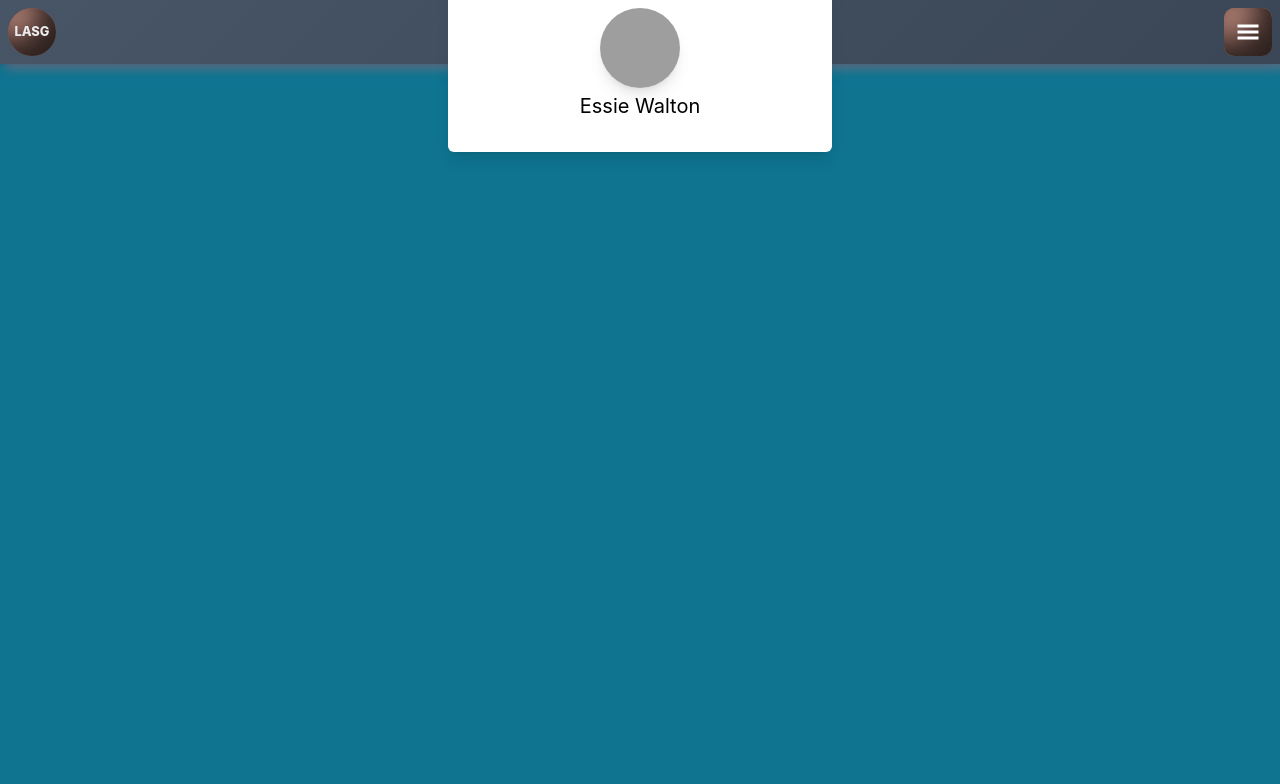
Repository: ShindanoSingi/LA-Swahili-Group
Page: /contact (app in client/)
An editor plug-in stored every save of this project. The page is shown before and after the next save, followed by the edit.
The browser window is 1280 px wide. The pictures show the whole page.
Pictures or frames that could not be fetched are drawn as grey boxes. The project was rebuilt for these pictures with package versions that can differ from the ones it lists, and the page was loaded fresh each time. Also part of the build but not shown: client/src/pages/error/Error.css, client/src/pages/error/Error.js, client/src/pages/home/Home.js, client/src/pages/about/About.js, client/src/pages/login/Login.js, client/src/pages/userDashBoard/UserDashBoard.js, client/src/pages/superUsersDashBoard/SuperUsersDashBoard.js, client/src/pages/register/Register.js and 2 more.

Above is the page before, as saved 2024-02-12 00:55:30.

After the next save:
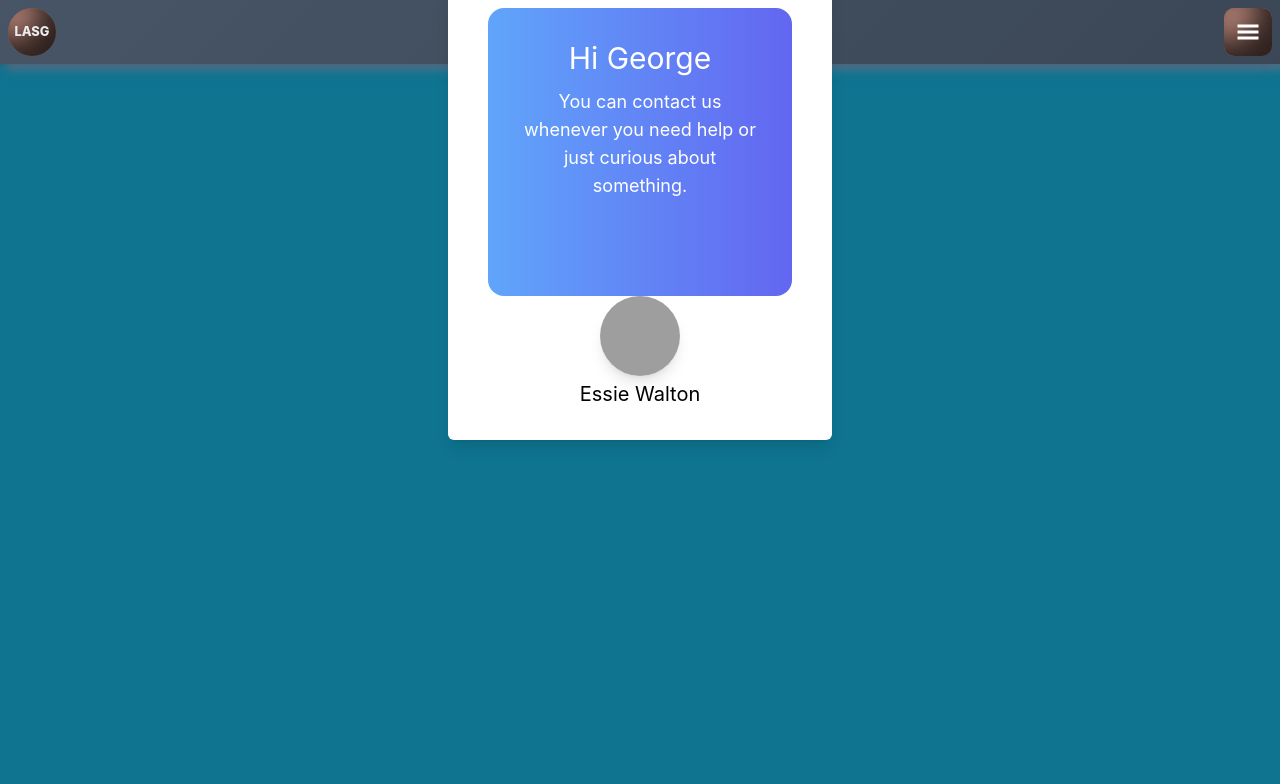
Saved 54 s later.
--- a/client/src/pages/contact/Contact.js
+++ b/client/src/pages/contact/Contact.js
@@ -5,6 +5,10 @@ function Contact() {
             <div className="mt-[4rem] pt-2 px-2 min-h-[100vh] bg-cyan-700">
 
                         <div className="bg-white py-8 px-10 text-center rounded-md shadow-lg sm:-translate-y-24 max-w-sm w-full mx-auto">
+                        <div class="bg-gradient-to-r from-blue-400 to-indigo-500 rounded-2xl text-white p-8 text-center h-72 max-w-sm mx-auto">
+  <h1 class="text-3xl mb-3">Hi George</h1>
+  <p class="text-lg">You can contact us whenever you need help or just curious about something.</p>
+</div>
                               <img
                                     className="w-20 h-20 object-cover rounded-full mx-auto shadow-lg"
                                     src="https://images.unsplash.com/photo-1611342799915-5dd9f1665d04?ixid=MXwxMjA3fDB8MHxwaG90by1wYWdlfHx8fGVufDB8fHw%3D&ixlib=rb-1.2.1&auto=format&fit=crop&w=1350&q=80"
